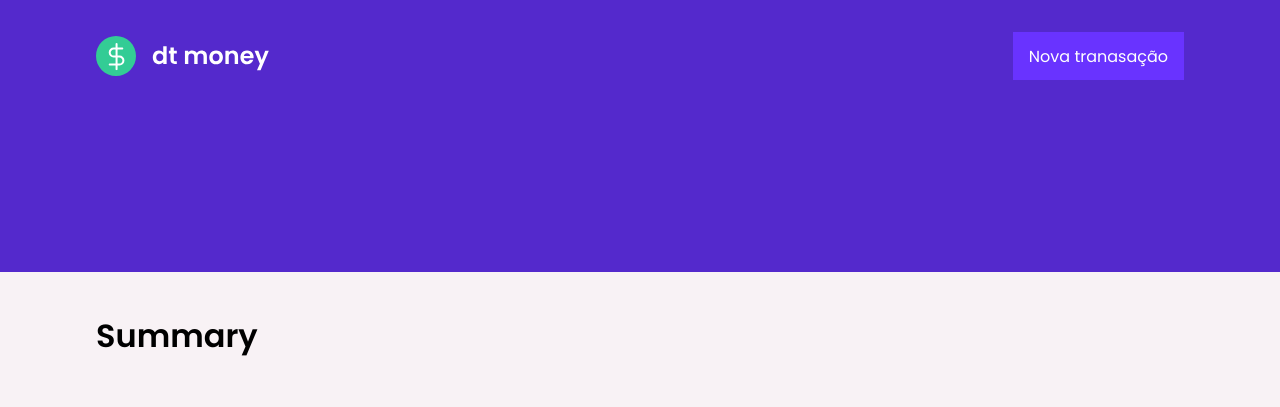
Repository: soualexandre/dtmoney
Page: /
An editor plug-in stored every save of this project. The page is shown before and after the next save, followed by the edit.
The browser window is 1280 px wide. The pictures show the whole page.
The project was rebuilt for these pictures with package versions that can differ from the ones it lists, and the page was loaded fresh each time.

Above is the page before, as saved 2021-07-13 09:52:41.

After the next save:
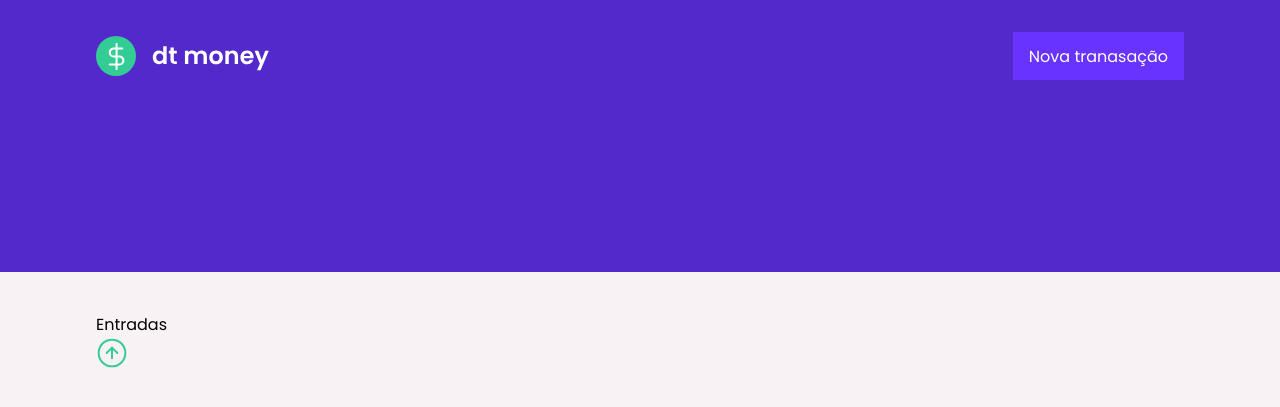
Saved 2 min 48 s later.
--- a/src/components/Sumary/index.tsx
+++ b/src/components/Sumary/index.tsx
@@ -1,5 +1,14 @@
+import {Container} from './styles'
+import iconImg from '../../assets/income.svg'
 export function Sumary(){
     return(
-        <h1>Summary</h1>
+        <Container>
+            <div>
+                <header>
+                    <p>Entradas</p>
+                    <img src={iconImg} alt="" />
+                </header>
+            </div>
+        </Container>
     );
 }
